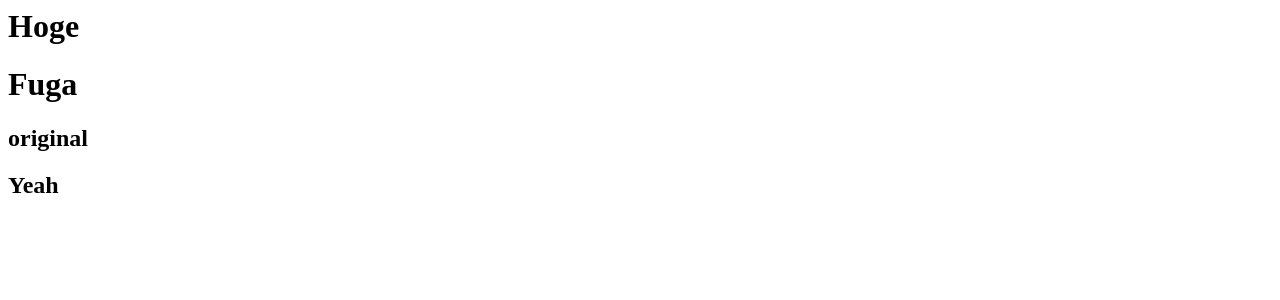
Repository: slowmoter1/samurai_HTML-CSS
Page: Test1/hoge.html
The author's editor kept a record of every edit. The page is drawn from the files as they stood at one moment, then again after the next edit.
The browser window is 1280 px wide. The pictures show the whole page.

Above is the page before.

After the next edit:
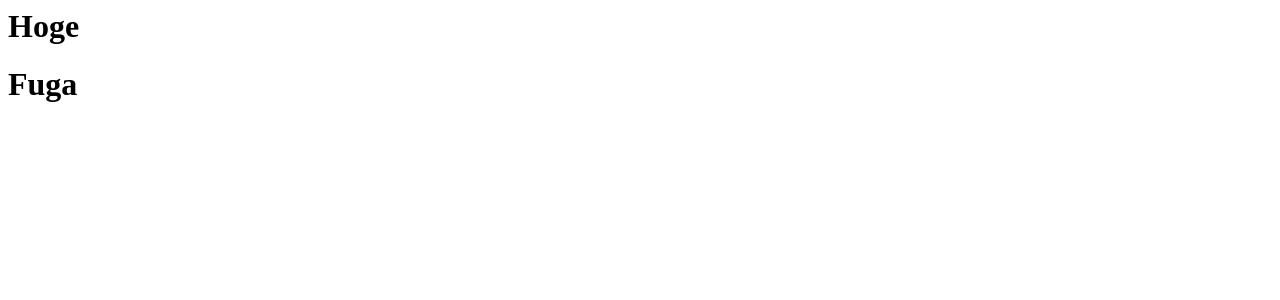
The edit:
--- a/Test1/hoge.html
+++ b/Test1/hoge.html
@@ -11,10 +11,6 @@
         <div id="flex-end">
             <h1>Hoge</h1>
             <h1>Fuga</h1>
-
-        <div id="flex-start">
-            <h2>original</h2>
-            <h2>Yeah</h2>
         </div>
     </body>
 </html>
